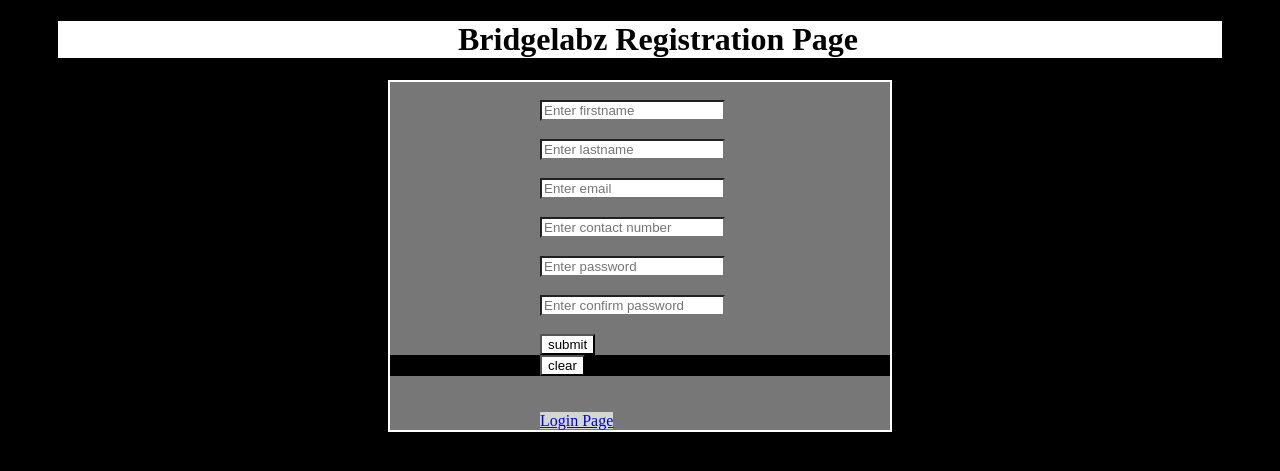
Repository: MarkFernandes11/Advanced-Java
Page: http://localhost/Login/register.jsp
These files come from the project's save history. The page is drawn as it stood at one moment and after the next save; the edit follows.
The browser window is 1280 px wide. The pictures show the whole page.
The page is served by Tomcat 9.

Above is the page before, as saved 2019-09-26 11:15:04.

After the next save:
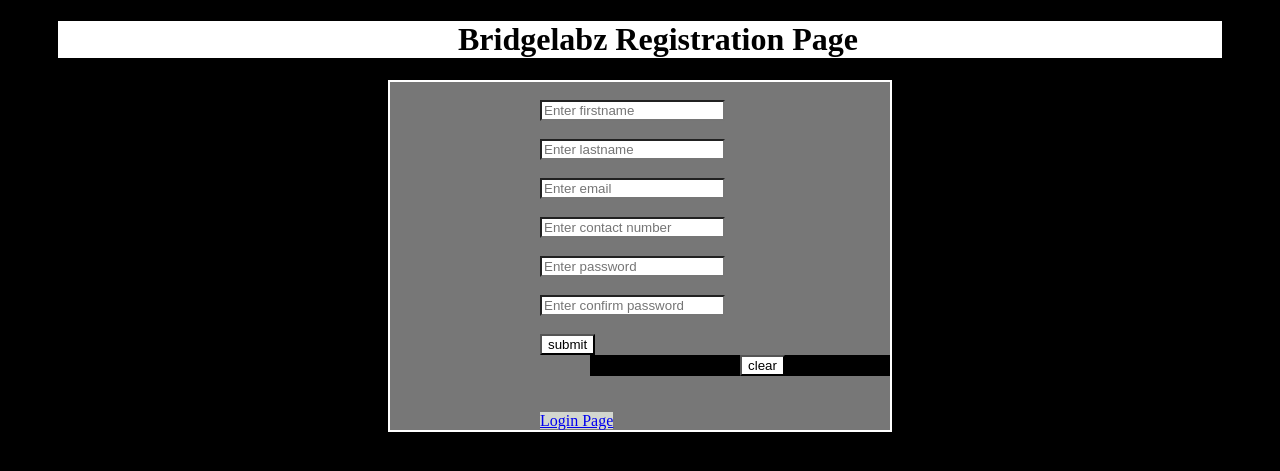
Saved 13 s later.
--- a/Login/WebContent/stylesheet.css
+++ b/Login/WebContent/stylesheet.css
@@ -35,7 +35,7 @@
 	margin-left: 150px;
 }
 
-input.button {
+div.button {
 	background-color: #000;
 	margin-left: 200px;
 }
